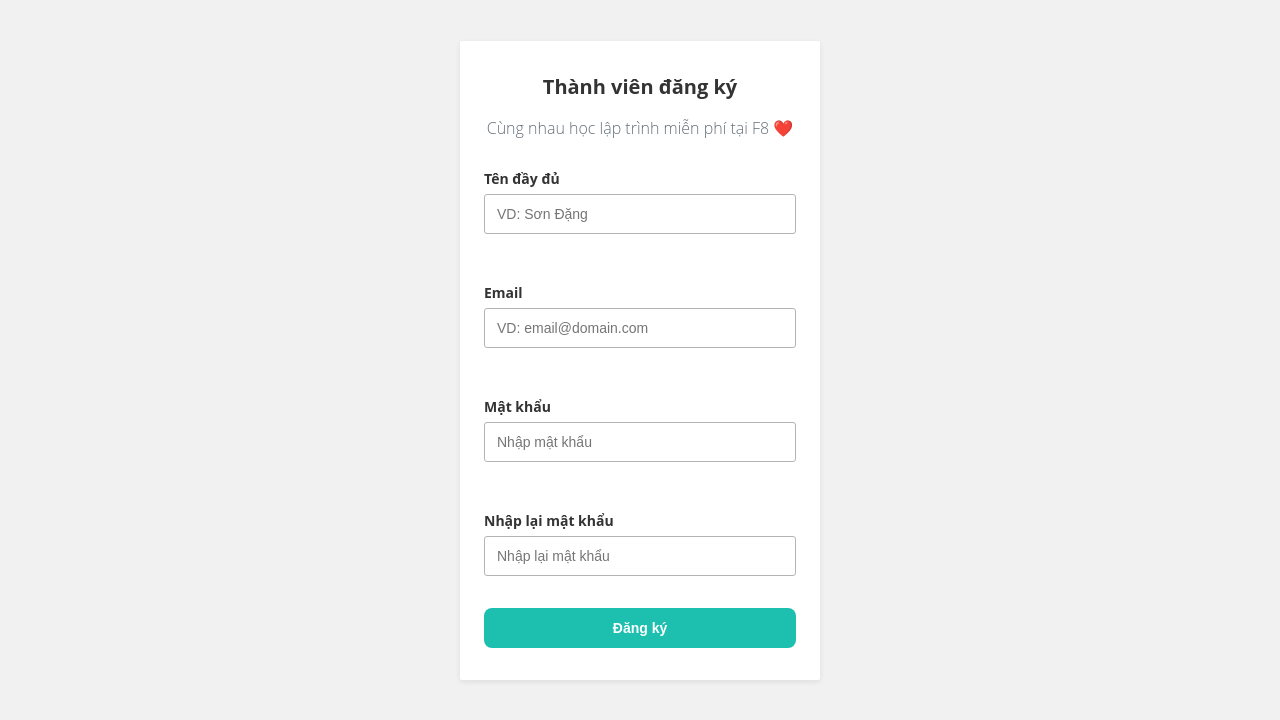
Repository: hoangnam180/FormValidate
Page: index.html
An editor plug-in stored every save of this project. The page is shown before and after the next save, followed by the edit.
The browser window is 1280 px wide. The pictures show the whole page.

Above is the page before, as saved 2021-11-03 16:52:39.

After the next save:
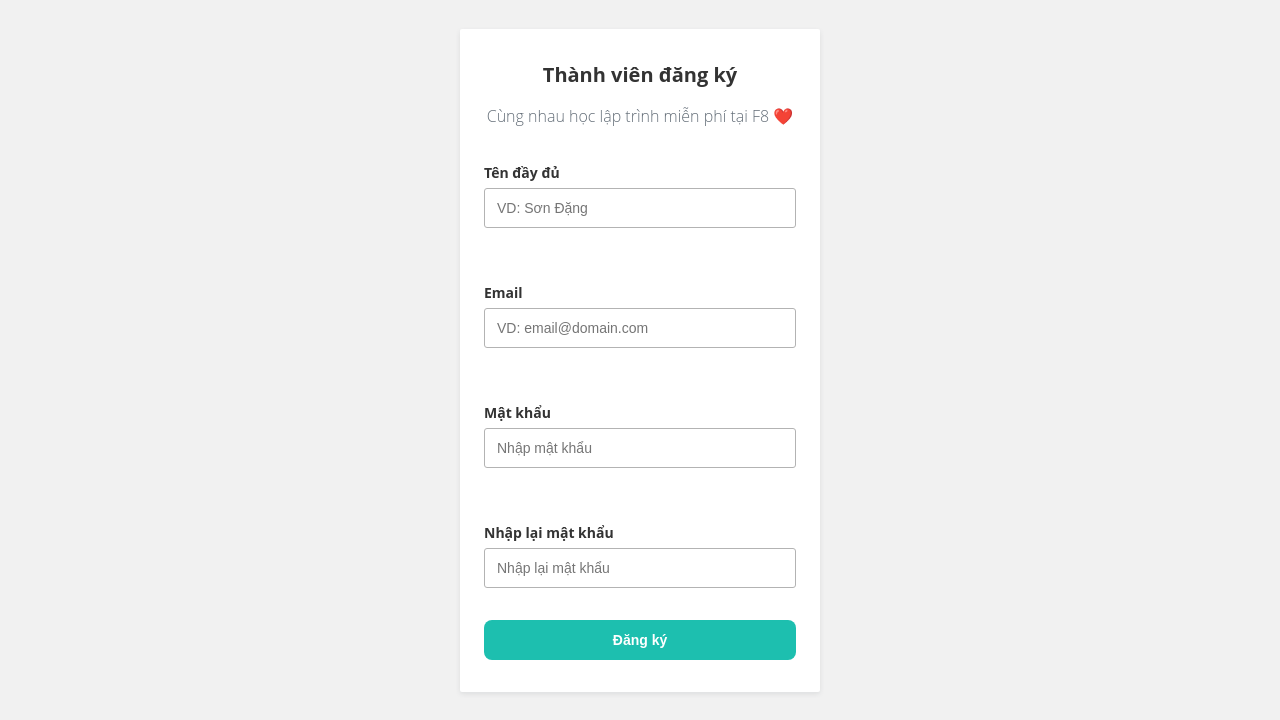
Saved 9 s later.
--- a/style.css
+++ b/style.css
@@ -108,5 +108,5 @@
 
   .form-group::before{
       content: "";
-      margin-top: 30px;
+      margin-top: 36px;
   }
